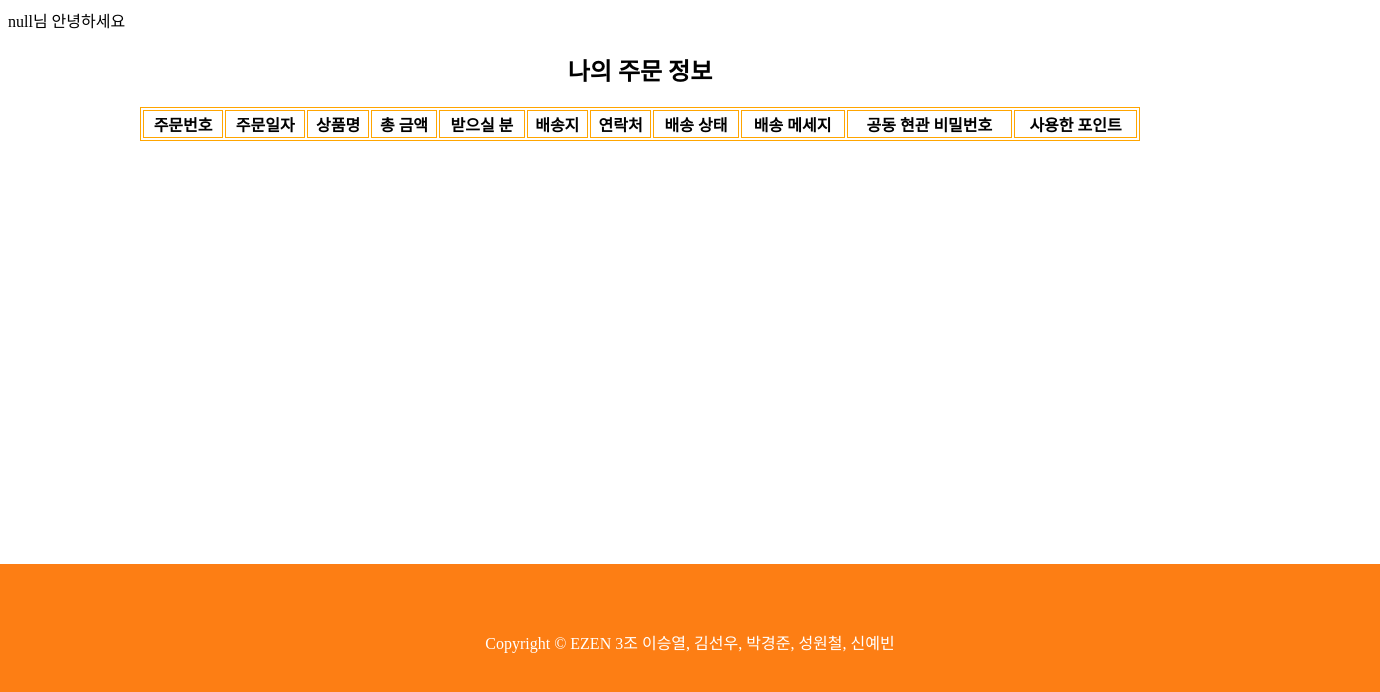
Repository: Nowon-WebProject/mealKit_webSite
Page: http://localhost/TeamProject/purchaseOkInfo.jsp
An editor plug-in stored every save of this project. The page is shown before and after the next save, followed by the edit.
The browser window is 1280 px wide. The page is 1380 px wide, so the pictures cover 1380 px, including what lies to the right of the window. The pictures show the whole page.
The page is served by Tomcat 9. Nobody is signed in. The application's start-up code is not run. Other server files are loaded and not shown. The template is opened directly, without the code that normally fills it, so the values that code supplies are empty.

Above is the page before, as saved 2022-05-16 06:11:26.

### TeamProject/WebContent/purchaseOkInfo.jsp
<%@ page language="java" contentType="text/html; charset=UTF-8"
	pageEncoding="UTF-8"%>
<%@ taglib prefix="c" uri="http://java.sun.com/jsp/jstl/core"%>
<%@ taglib prefix="fmt" uri="http://java.sun.com/jsp/jstl/fmt"%>
<!DOCTYPE html>
<html>
<head>
<meta charset="UTF-8">
<title>Insert title here</title>
<style type="text/css">
table,
th,
td{
border:1px solid orange;
}
</style>
</head>
<body>
	<%= session.getAttribute("userid")%>님 안녕하세요<br>
	<div align="center">
	<h2>나의 주문 정보</h2>
		<table width="1000">
			<tr>
				<th colspan="2">주문번호</th>
				<th>주문일자</th>
				<th>상품명</th> <!-- ~외 ~건 -->
				<th>총 금액</th> <!-- 배송비포함 -->
				<th>받으실 분</th>
				<th>배송지</th> <!-- 우편주소, 도로명~상세주소 -->
				<th>연락처</th>
				<th>배송 상태</th> <!--  기본 결제완료 -->
				<th>배송 메세지</th>
				<th>공동 현관 비밀번호</th>
				<th>사용한 포인트</th>
			</tr>
			<c:forEach var="purchase" items="${plist}">
				<tr>
					<td rowspan="2">${purchase.purchase_seq}</td>
					<td>${purchase.purchase_date}</td>
					<td>${purchase.item_name}</td>
					<td>&#92;<fmt:formatNumber value="${purchase.total_price}" pattern="#,##0" /></td>
					<td>${purchase.deli_name}</td>
					<td>${purchase.deli_addr}</td>
					<td>${purchase.deli_phone}</td>
					<td>${purchase.deli_status}</td>
					<td>${purchase.deli_msg}</td>
					<td>${purchase.deli_pwd}</td>
					<td>${purchase.usePoint}</td>
				</tr>
			</c:forEach>
		</table>
	</div>
	<jsp:include page="footer.jsp"></jsp:include>
</body>
</html>

### TeamProject/WebContent/footer.jsp
<%@ page language="java" contentType="text/html; charset=UTF-8"
    pageEncoding="UTF-8"%>
<!DOCTYPE html>
<html>
<head>
<meta charset="UTF-8">
<title>Insert title here</title>
<style style="text/css">
html {
	position: relative;
	min-height: 100%;
	height:110px;

}
footer {
    position: absolute;
    left: 0;
    bottom: 0;
    width: 100%;
    padding: 50px;
    text-align: center;
    color: white;
    background-color: #fd7e14;
}

</style>
</head>
<body>
 <footer>
		<div>
			<p>Copyright &copy; EZEN 3조
				이승열, 김선우, 박경준, 성원철, 신예빈</p>
		</div>
	</footer>
</body>
</html>

After the next save:
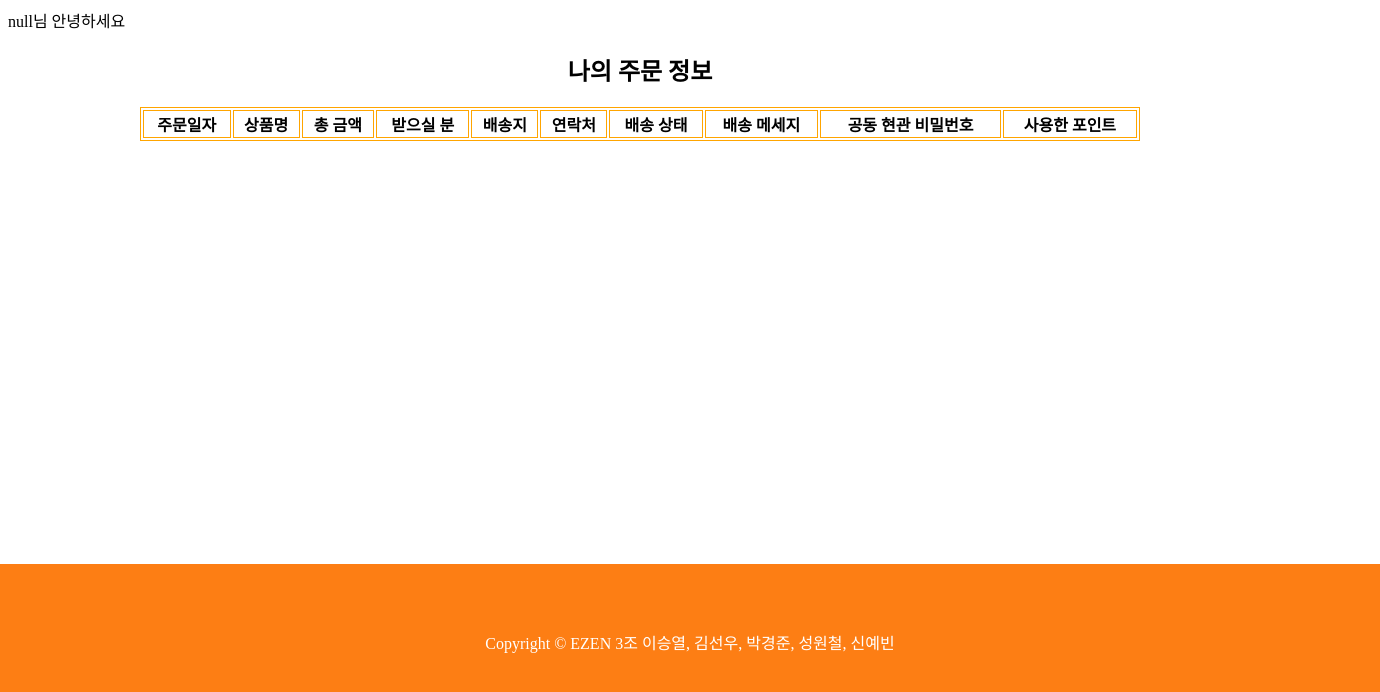
Saved 17 s later.
--- a/TeamProject/WebContent/purchaseOkInfo.jsp
+++ b/TeamProject/WebContent/purchaseOkInfo.jsp
@@ -21,8 +21,7 @@ border:1px solid orange;
 	<h2>나의 주문 정보</h2>
 		<table width="1000">
 			<tr>
-				<th colspan="2">주문번호</th>
-				<th>주문일자</th>
+				<th colspan="2">주문일자</th>
 				<th>상품명</th> <!-- ~외 ~건 -->
 				<th>총 금액</th> <!-- 배송비포함 -->
 				<th>받으실 분</th>
